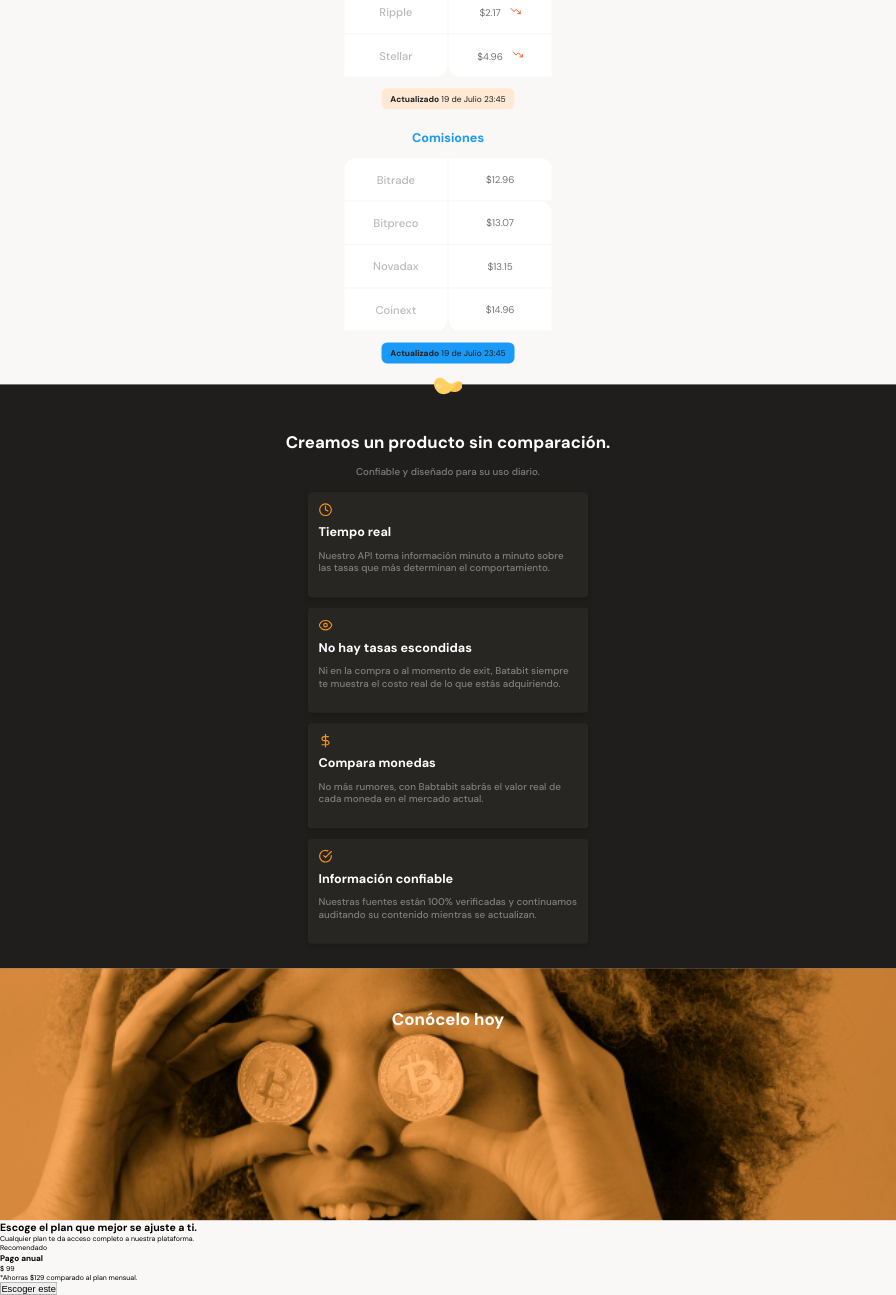
Repository: ChristianGecchelin/spa-full-css-html
Page: index.html
An editor plug-in stored every save of this project. The page is shown before and after the next save, followed by the edit.
The browser window is 1280 px wide. The pictures show the part of the page from y = 943 to 2863 px (the page is 2793 px tall before and 2863 px after), at 70% of full size.

Above is the page before, as saved 2021-11-29 21:06:31.

After the next save:
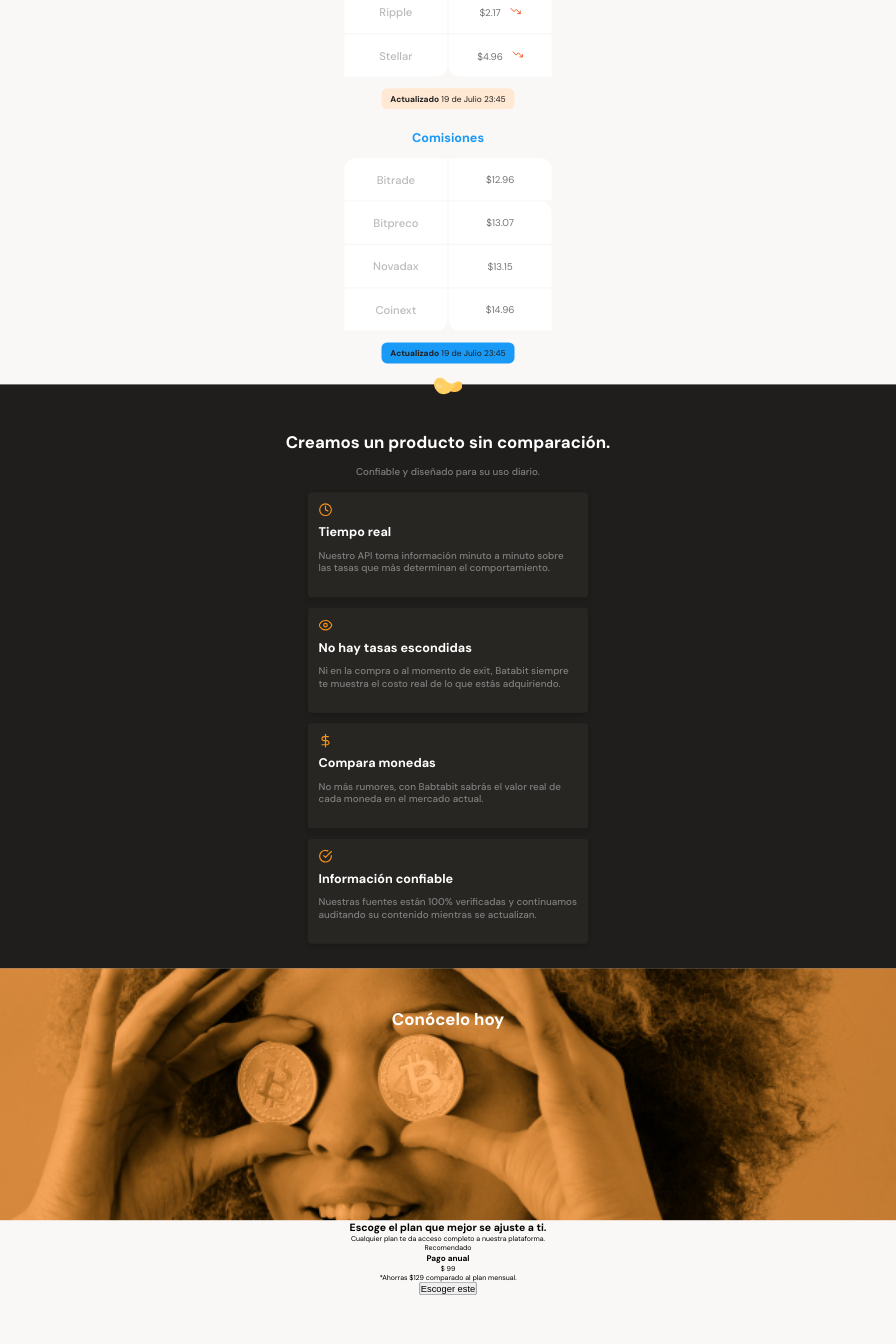
Saved 2 min 8 s later.
--- a/styles/styles.css
+++ b/styles/styles.css
@@ -368,3 +368,9 @@
   line-height: 2.6rem;
   color: var(--just-white);
 }
+.main-plans-container {
+  width: 100%;
+  min-width: 320px;
+  padding-bottom: 70px;
+  text-align: center;
+}
